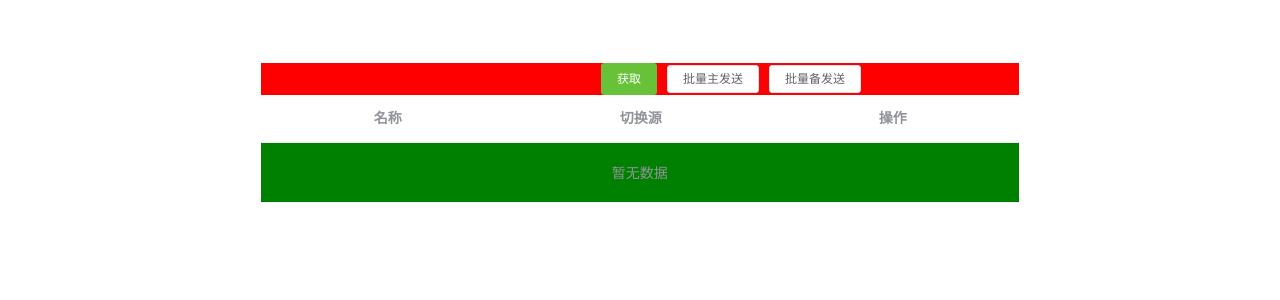
Repository: faintout/BHMQTTSendTool
Page: /
These files come from the project's save history. The page is drawn as it stood at one moment and after the next save; the edit follows.
The browser window is 1280 px wide. The pictures show the whole page.
The project was rebuilt for these pictures with package versions that can differ from the ones it lists, and the page was loaded fresh each time. Also part of the build but not shown: vue.config.js.

Above is the page before, as saved 2020-09-03 13:57:43.

After the next save:
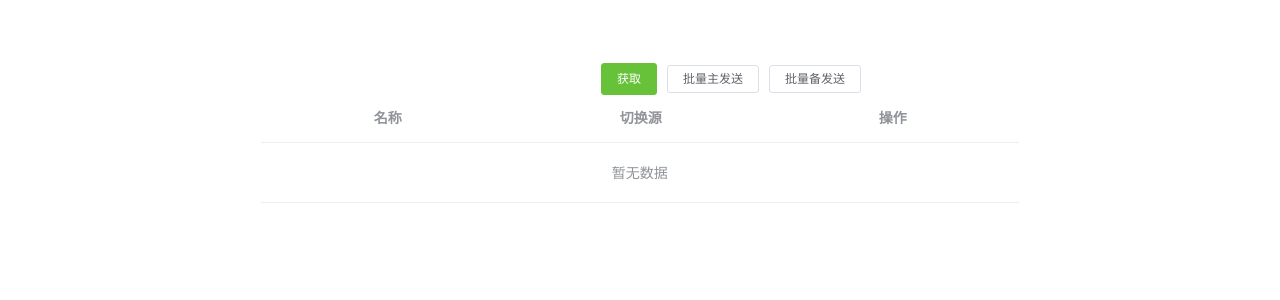
Saved 19 s later.
--- a/src/views/MqttSendTool.vue
+++ b/src/views/MqttSendTool.vue
@@ -273,7 +273,6 @@
 <style lang="less" scoped>
     .content {
         width: 60%;
-        background-color: red;
         margin: 5% auto;
         margin-bottom: 0;
     }
@@ -281,8 +280,6 @@
     .el_table {
         width: 100%;
         position: relative;
-        background-color: green;
-
     }
 
     // @media screen and(max-width: 1366px) {

After the save that followed:
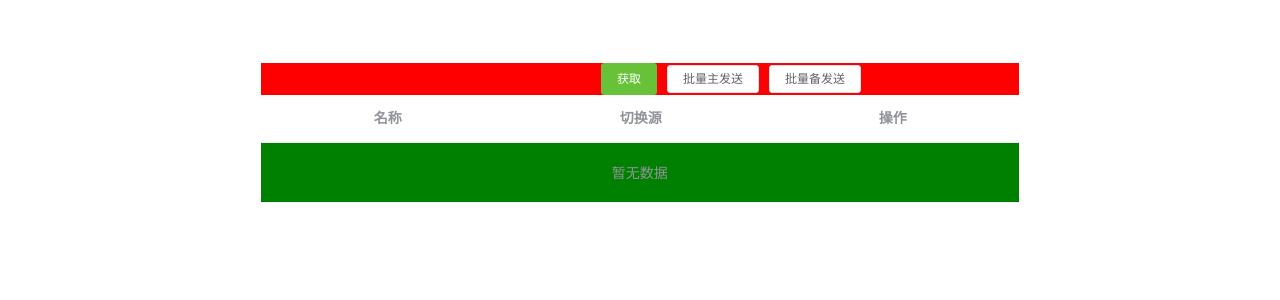
Saved 6 s later.
--- a/src/views/MqttSendTool.vue
+++ b/src/views/MqttSendTool.vue
@@ -273,6 +273,7 @@
 <style lang="less" scoped>
     .content {
         width: 60%;
+        background-color: red;
         margin: 5% auto;
         margin-bottom: 0;
     }
@@ -280,6 +281,8 @@
     .el_table {
         width: 100%;
         position: relative;
+        background-color: green;
+
     }
 
     // @media screen and(max-width: 1366px) {
